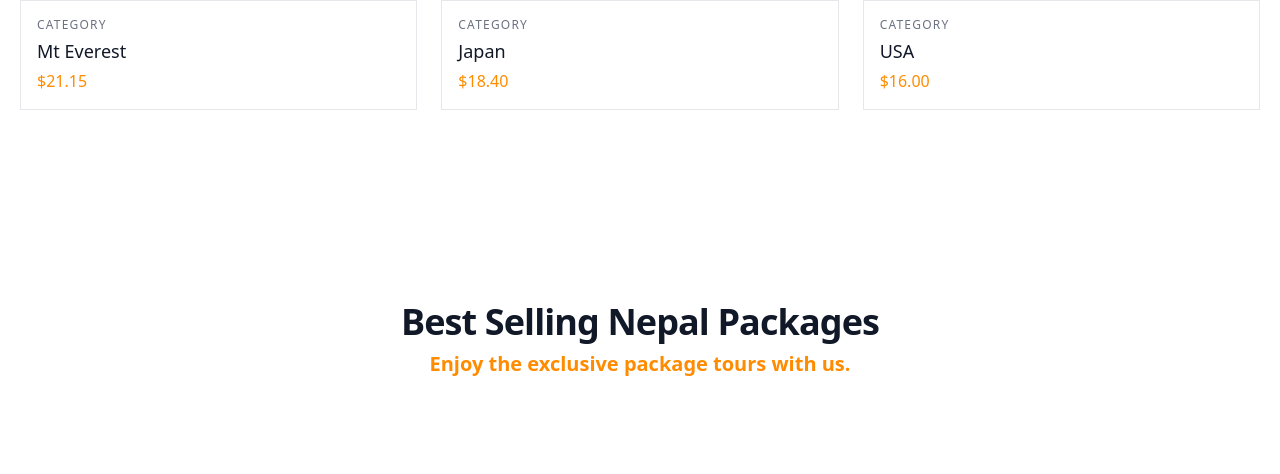
Repository: prabeshsitaula07/greatnepalholidays
Page: / (app in frontend/)
The author's editor kept a copy of each file at every save. The page is drawn from the files as they stood at one save, then again after the next save.
The browser window is 1280 px wide. The pictures show the part of the page from y = 1898 to 2372 px (the page is 7409 px tall).
Pictures or frames that could not be fetched are drawn as grey boxes. Some web fonts or font styles are not loaded; a fallback is used. The project was rebuilt for these pictures with package versions that can differ from the ones it lists, and the page was loaded fresh each time. Also part of the build but not shown: frontend/vite.config.ts. Imported but missing from the stored project, and not drawn on this page: frontend/src/assets/bgvideo.mp4.

Above is the page before, as saved 2024-11-23 11:15:29.

### frontend/index.html
<!doctype html>
<html lang="en">
  <head>
    <meta charset="UTF-8" />
    <link rel="icon" type="image/svg+xml" href="/icon.png" />
    <meta name="viewport" content="width=device-width, initial-scale=1.0" />
    <title>Vite + React + TS</title>
  </head>
  <body>
    <div id="root"></div>
    <script type="module" src="/src/main.tsx"></script>
  </body>
</html>

### frontend/src/index.css
@import url('https://fonts.googleapis.com/css2?family=Arima:wght@100..700&family=Parkinsans:wght@300..800&display=swap');

@tailwind base;
@tailwind components;
@tailwind utilities;

### frontend/src/App.tsx
import { BrowserRouter as Router, Routes, Route } from 'react-router-dom';
import Navbar from "./components/Navbar/Navbar";
import Home from "./components/Home/Home";
// import About from "./components/About/About"; // Example of another page
import Footer from "./components/Footer/Footer"; // Assuming you have a Footer component

export default function App() {
  return (
    <Router>
      <Navbar />  {/* Navbar is always visible */}
      <Routes>
        <Route path="/" element={<Home />} />
      </Routes>
      <Footer />
    </Router>
  );
}

### frontend/src/components/Navbar/Navbar.tsx
import { Link } from 'react-router-dom';
import { useState, useEffect } from 'react';
import { FaPhone, FaEnvelope } from 'react-icons/fa';
import logo1 from '../../assets/logo1.png';
import logo2 from '../../assets/logo2.png';

export default function Navbar() {
    const [isScrolled, setIsScrolled] = useState(false);

    // Detect scroll and update navbar background and position
    useEffect(() => {
        const handleScroll = () => {
            if (window.scrollY > 50) {
                setIsScrolled(true);  // Fix the navbar to the top when scrolled past 50px
            } else {
                setIsScrolled(false); // Keep the navbar in normal flow when at the top
            }
        };

        window.addEventListener('scroll', handleScroll);

        // Clean up the event listener on component unmount
        return () => {
            window.removeEventListener('scroll', handleScroll);
        };
    }, []);

    return (
        <>
            <div className='w-full bg-darktheme flex gap-10 px-10 py-2'>
                <span className='text-white flex items-center'>
                    <FaPhone className="mr-2" /> 0988848484
                </span>
                <span className='text-white flex items-center'>
                    <FaEnvelope className="mr-2" /> xyz@gmail.com
                </span>
            </div>

            <header
                className={`text-black body-font w-full z-20 transition-all duration-300 ${isScrolled ? 'fixed top-0 bg-white shadow-md' : 'bg-[#2f3c5ae8] text-white'}`}
            >

                <div className="container mx-auto flex flex-wrap p-5 flex-col md:flex-row items-center">
                    <div className="flex title-font font-medium items-center mb-4 md:mb-0 gap-10">
                        <Link to='/'>
                            <img src={logo1} alt="" className='h-14 w-auto' />
                        </Link>
                        <Link to='/'>
                            <img src={logo2} alt="" className='h-14 w-auto' />
                        </Link>
                    </div>
                    <nav className="md:ml-auto flex flex-wrap items-center justify-center text-lg">
                        <Link to='' className="mr-5 hover:text-orange">Home</Link>
                        <Link to='' className="mr-5 hover:text-orange">About Us</Link>
                        <Link to='' className="mr-5 hover:text-orange">Services</Link>
                        <Link to='' className="mr-5 hover:text-orange">Packages</Link>
                        <Link to='' className="mr-5 hover:text-orange">Activities</Link>
                        <Link to='' className="mr-5 hover:text-orange">Blogs</Link>
                    </nav>
                    <button className="inline-flex items-center text-primary bg-darkorange border border-darkorange py-1 px-3 focus:outline-none hover:bg-primary text-lg hover:text-darkorange rounded mt-4 md:mt-0">
                        Download Visa CheckList
                    </button>
                </div>
            </header>
        </>
    );
}

### frontend/src/components/Home/Home.tsx
import bgvideo from '../../assets/bgvideo.mp4';
import Contact from "../Contact/Contact";
import Gallery from "../AboutUs/Gallery";
import InternationalPackage from "../Package/InternationalPackage";
import NepalPackage from "../Package/NepalPackage";
import TripHandling from '../Services/TripHandling';
import Team from "../Team/Team";
import Testimonial from "../Testimonial/Testimonial";

export default function Home() {
  return (
    <>
      <div className="relative w-full h-screen">
      {/* Video Background */}
      <video
        autoPlay
        loop
        muted
        className="absolute inset-0 w-full h-full object-cover"
      >
        <source
          src={bgvideo}
          type="video/mp4"
        />
        Your browser does not support the video tag.
      </video>

      {/* Dark Overlay */}
      <div
        className="absolute inset-0 bg-black opacity-50"
        style={{ backgroundColor: 'rgba(0, 0, 0, 0.5)' }} // Adjust opacity for darkness
      ></div>

      {/* Content over the video */}
      <div className="relative z-10 flex items-center justify-center w-full h-full">
        <h1 className="text-white text-6xl font-bold">Welcome to My Website</h1>
      </div>
    </div>
      <NepalPackage />
      <InternationalPackage />
      <TripHandling />
      <Testimonial />
      <Contact />
      <Team />
      <Gallery />

    </>
  )
}

### frontend/src/components/Contact/Contact.tsx
export default function Contact() {
    return (
        <>
            <section className="text-gray-600 body-font relative">
            <h2 className="mt-10 text-4xl tracking-tight font-extrabold text-gray-900 dark:text-black text-center">Contact Us</h2>
                <div className="container px-5 py-10 mx-auto flex sm:flex-nowrap flex-wrap">
                    <div className="lg:w-2/3 md:w-1/2 bg-gray-300 rounded-lg overflow-hidden sm:mr-10 p-10 flex items-end justify-start relative">
                        <iframe
                            width="100%"
                            height="100%"
                            className="absolute inset-0"
                            title="map"
                            src="https://www.google.com/maps/embed?pb=!1m18!1m12!1m3!1d3531.628177055184!2d85.32309027492384!3d27.72876432454742!2m3!1f0!2f0!3f0!3m2!1i1024!2i768!4f13.1!3m3!1m2!1s0x39eb193e98fea663%3A0x6a69a4b662ec372!2sGREAT%20NEPAL%20HOLIDAYS%20P.LTD!5e0!3m2!1sen!2snp!4v1732272072112!5m2!1sen!2snp"
                            style={{ filter: 'grayscale(1) contrast(1.2) opacity(0.4)' }}
                        ></iframe>
                        <div className="bg-white relative flex flex-wrap py-6 rounded shadow-md">
                            <div className="lg:w-1/2 px-6">
                                <h2 className="title-font font-semibold text-gray-900 tracking-widest text-xs">ADDRESS</h2>
                                <p className="mt-1">Photo booth tattooed prism, portland taiyaki hoodie neutra typewriter</p>
                            </div>
                            <div className="lg:w-1/2 px-6 mt-4 lg:mt-0">
                                <h2 className="title-font font-semibold text-gray-900 tracking-widest text-xs">EMAIL</h2>
                                <a className="text-indigo-500 leading-relaxed">example@email.com</a>
                                <h2 className="title-font font-semibold text-gray-900 tracking-widest text-xs mt-4">PHONE</h2>
                                <p className="leading-relaxed">123-456-7890</p>
                            </div>
                        </div>
                    </div>
                    <div className="lg:w-1/3 md:w-1/2 bg-white flex flex-col md:ml-auto w-full md:py-8 mt-8 md:mt-0">
                        <h2 className="text-gray-900 text-lg mb-1 font-medium title-font">Feedback</h2>
                        <p className="leading-relaxed mb-5 text-gray-600">Post-ironic portland shabby chic echo park, banjo fashion axe</p>
                        <div className="relative mb-4">
                            <label htmlFor="name" className="leading-7 text-sm text-gray-600">Name</label>
                            <input type="text" id="name" name="name" className="w-full bg-white rounded border border-gray-300 focus:border-darkorange focus:ring-2 focus:ring-darkorange text-base outline-none text-gray-700 py-1 px-3 leading-8 transition-colors duration-200 ease-in-out" />
                        </div>
                        <div className="relative mb-4">
                            <label htmlFor="email" className="leading-7 text-sm text-gray-600">Email</label>
                            <input type="email" id="email" name="email" className="w-full bg-white rounded border border-gray-300 focus:border-darkorange focus:ring-2 focus:ring-darkorange text-base outline-none text-gray-700 py-1 px-3 leading-8 transition-colors duration-200 ease-in-out" />
                        </div>
                        <div className="relative mb-4">
                            <label htmlFor="message" className="leading-7 text-sm text-gray-600">Message</label>
                            <textarea id="message" name="message" className="w-full bg-white rounded border border-gray-300 focus:border-darkorange focus:ring-2 focus:ring-darkorange h-32 text-base outline-none text-gray-700 py-1 px-3 resize-none leading-6 transition-colors duration-200 ease-in-out"></textarea>
                        </div>
                        <button className="bg-darkorange border border-darkorange text-primary py-2 px-6 focus:outline-none hover:text-darkorange hover:bg-primary rounded text-lg">Send</button>
                        <p className="text-xs text-gray-500 mt-3">Chicharrones blog helvetica normcore iceland tousled brook viral artisan.</p>
                    </div>
                </div>
            </section>
        </>
    )
}

### frontend/src/components/AboutUs/Gallery.tsx
export default function Gallery() {
  return (
 <>
 <section className="text-gray-600 body-font">
 <h2 className="mt-10 text-4xl tracking-tight font-extrabold text-gray-900 dark:text-black text-center">Gallery</h2>
  <div className="container px-5 py-24 mx-auto flex flex-wrap">
    <div className="flex w-full mb-20 flex-wrap">
      <h1 className="sm:text-3xl text-2xl font-medium title-font text-gray-900 lg:w-1/3 lg:mb-0 mb-4">Master Cleanse Reliac Heirloom</h1>
      <p className="lg:pl-6 lg:w-2/3 mx-auto leading-relaxed text-base">Whatever cardigan tote bag tumblr hexagon brooklyn asymmetrical gentrify, subway tile poke farm-to-table. Franzen you probably haven't heard of them man bun deep jianbing selfies heirloom.</p>
    </div>
    <div className="flex flex-wrap md:-m-2 -m-1">
      <div className="flex flex-wrap w-1/2">
        <div className="md:p-2 p-1 w-1/2">
          <img alt="gallery" className="w-full object-cover h-full object-center block" src="https://dummyimage.com/500x300" />
        </div>
        <div className="md:p-2 p-1 w-1/2">
          <img alt="gallery" className="w-full object-cover h-full object-center block" src="https://dummyimage.com/501x301" />
        </div>
        <div className="md:p-2 p-1 w-full">
          <img alt="gallery" className="w-full h-full object-cover object-center block" src="https://dummyimage.com/600x360" />
        </div>
      </div>
      <div className="flex flex-wrap w-1/2">
        <div className="md:p-2 p-1 w-full">
          <img alt="gallery" className="w-full h-full object-cover object-center block" src="https://dummyimage.com/601x361" />
        </div>
        <div className="md:p-2 p-1 w-1/2">
          <img alt="gallery" className="w-full object-cover h-full object-center block" src="https://dummyimage.com/502x302" />
        </div>
        <div className="md:p-2 p-1 w-1/2">
          <img alt="gallery" className="w-full object-cover h-full object-center block" src="https://dummyimage.com/503x303" />
        </div>
      </div>
    </div>
  </div>
</section>
 </>
  )
}

### frontend/src/components/Package/InternationalPackage.tsx
export default function InternationalPackage() {
  const packages = [
    { imgSrc: "https://cdn.pixabay.com/photo/2015/10/06/18/26/eiffel-tower-975004_1280.jpg", category: "CATEGORY", title: "Paris", price: "$16.00" },
    { imgSrc: "https://cdn.pixabay.com/photo/2019/04/09/05/36/england-4113666_1280.jpg", category: "CATEGORY", title: "England", price: "$21.15" },
    { imgSrc: "https://cdn.pixabay.com/photo/2023/11/16/05/02/mountains-8391433_640.jpg", category: "CATEGORY", title: "Switzerland", price: "$12.00" },
    { imgSrc: "https://cdn.pixabay.com/photo/2020/06/13/17/58/mount-everest-5295184_640.jpg", category: "CATEGORY", title: "Mt Everest", price: "$21.15" },
    { imgSrc: "https://cdn.pixabay.com/photo/2020/08/10/01/28/castle-5476737_640.jpg", category: "CATEGORY", title: "Japan", price: "$18.40" },
    { imgSrc: "https://cdn.pixabay.com/photo/2023/10/18/00/59/mountain-8322610_640.jpg", category: "CATEGORY", title: "USA", price: "$16.00" },
  ];

  return (
    <section className="text-gray-600 body-font">
      <h2 className="mt-24 text-4xl tracking-tight font-extrabold text-gray-900 dark:text-black text-center">
        Best Selling Nepal Packages
      </h2>
      <h4 className="text-center text-xl text-darkorange font-semibold mt-2">
        Enjoy the exclusive package tours with us.
      </h4>
      <div className="container px-5 py-24 mx-auto">
        <div className="grid gap-6 sm:grid-cols-1 md:grid-cols-2 lg:grid-cols-3">
          {packages.map((pkg, index) => (
            <div
              key={index}
              className="hover:cursor-pointer transform transition duration-300 ease-in-out hover:scale-105 hover:shadow-lg"
            >
              <a className="block relative h-80 overflow-hidden">
                <img
                  alt={pkg.title}
                  className="object-cover object-center w-full h-full block"
                  src={pkg.imgSrc}
                />
              </a>
              <div className="p-4 border">
                <h3 className="text-gray-500 text-xs tracking-widest title-font mb-1">
                  {pkg.category}
                </h3>
                <h2 className="text-gray-900 title-font text-lg font-medium">
                  {pkg.title}
                </h2>
                <p className="mt-1 text-darkorange">{pkg.price}</p>
              </div>
            </div>
          ))}
        </div>
      </div>
    </section>
  );
}

### frontend/src/components/Package/NepalPackage.tsx
export default function NepalPackage() {
  const packages = [
    { imgSrc: "https://cdn.pixabay.com/photo/2015/10/06/18/26/eiffel-tower-975004_1280.jpg", category: "CATEGORY", title: "Paris", price: "$16.00" },
    { imgSrc: "https://cdn.pixabay.com/photo/2019/04/09/05/36/england-4113666_1280.jpg", category: "CATEGORY", title: "England", price: "$21.15" },
    { imgSrc: "https://cdn.pixabay.com/photo/2023/11/16/05/02/mountains-8391433_640.jpg", category: "CATEGORY", title: "Switzerland", price: "$12.00" },
    { imgSrc: "https://cdn.pixabay.com/photo/2020/06/13/17/58/mount-everest-5295184_640.jpg", category: "CATEGORY", title: "Mt Everest", price: "$21.15" },
    { imgSrc: "https://cdn.pixabay.com/photo/2020/08/10/01/28/castle-5476737_640.jpg", category: "CATEGORY", title: "Japan", price: "$18.40" },
    { imgSrc: "https://cdn.pixabay.com/photo/2023/10/18/00/59/mountain-8322610_640.jpg", category: "CATEGORY", title: "USA", price: "$16.00" },
  ];

  return (
    <section className="text-gray-600 body-font">
      <h2 className="mt-24 text-4xl tracking-tight font-extrabold text-gray-900 dark:text-black text-center">
        Best Selling Nepal Packages
      </h2>
      <h4 className="text-center text-xl text-darkorange font-semibold mt-2">
        Enjoy the exclusive package tours with us.
      </h4>
      <div className="container px-5 py-24 mx-auto">
        <div className="grid gap-6 sm:grid-cols-1 md:grid-cols-2 lg:grid-cols-3">
          {packages.map((pkg, index) => (
            <div
              key={index}
              className="hover:cursor-pointer transform transition duration-300 ease-in-out hover:scale-105 hover:shadow-lg"
            >
              <a className="block relative h-80 overflow-hidden">
                <img
                  alt={pkg.title}
                  className="object-cover object-center w-full h-full block"
                  src={pkg.imgSrc}
                />
              </a>
              <div className="p-4 border">
                <h3 className="text-gray-500 text-xs tracking-widest title-font mb-1">
                  {pkg.category}
                </h3>
                <h2 className="text-gray-900 title-font text-lg font-medium">
                  {pkg.title}
                </h2>
                <p className="mt-1 text-darkorange">{pkg.price}</p>
              </div>
            </div>
          ))}
        </div>
      </div>
    </section>
  );
}

### frontend/src/components/Services/TripHandling.tsx
import img2 from '../../assets/2.png';
import img3 from '../../assets/3.png';
import img4 from '../../assets/4.png';

export default function TripHandling() {
    const services = [
      { title: "Flight Booking", imgSrc: img2, description: "Share your service offerings here. Give your prospective clients an overview of why they should use it." },
      { title: "Hotel Booking", imgSrc: img2, description: "Share your service offerings here. Give your prospective clients an overview of why they should use it." },
      { title: "Car Rental", imgSrc: img3, description: "Share your service offerings here. Give your prospective clients an overview of why they should use it." },
      { title: "Tour Packages", imgSrc: img4, description: "Share your service offerings here. Give your prospective clients an overview of why they should use it." },
    ];

    return (
      <div className="bg-navbarbg h-fit flex justify-center flex-col items-center p-10">
          <h2 className="mb-10 text-4xl tracking-tight font-extrabold text-white text-center font-parkinsans">We Will Handle Trip For You</h2>
          <div className="grid grid-cols-2 gap-8">
              {services.map((service, index) => (
                <div key={index} className="flex gap-10 items-center">
                  <img className="h-40 w-40" src={service.imgSrc} alt={service.title} />
                  <div>
                      <h3 className="font-semibold pb-2 text-2xl text-primary">{service.title}</h3>
                      <p className="font-parkinsans text-white">{service.description}</p>
                  </div>
                </div>
              ))}
          </div>
      </div>
    );
  }

### frontend/src/components/Testimonial/Testimonial.tsx
export default function Testimonial() {
    const testimonials = [
      {
        name: "Bonnie Green",
        title: "Developer at Open AI",
        image: "https://flowbite.s3.amazonaws.com/blocks/marketing-ui/avatars/karen-nelson.png",
        quote: `"I recently got my hands on Flowbite Pro, and holy crap, I'm speechless with how easy this was to integrate within my application..."`,
      },
      {
        name: "Roberta Casas",
        title: "Lead designer at Dropbox",
        image: "https://flowbite.s3.amazonaws.com/blocks/marketing-ui/avatars/roberta-casas.png",
        quote: `"FlowBite provides a robust set of design tokens and components based on the popular Tailwind CSS framework..."`,
      },
      {
        name: "Jese Leos",
        title: "Software Engineer at Facebook",
        image: "https://flowbite.s3.amazonaws.com/blocks/marketing-ui/avatars/jese-leos.png",
        quote: `"As someone who mainly designs in the browser, I've been a casual user of Figma, but as soon as I saw and started playing with FlowBite..."`,
      },
      {
        name: "Joseph McFall",
        title: "CTO at Google",
        image: "https://flowbite.s3.amazonaws.com/blocks/marketing-ui/avatars/joseph-mcfall.png",
        quote: `"This is a very complex and beautiful set of elements. Under the hood it comes with the best things from 2 different worlds: Figma and Tailwind..."`,
      },
    ];

    return (
      <section className="bg-white py-8 px-4 m-auto max-w-screen-xl text-center">
        <h2 className="mb-4 text-4xl font-extrabold text-primary dark:text-black">Testimonials</h2>
        <p className="mb-8 text-gray-500 dark:text-gray-400">Explore the whole collection of open-source web components...</p>
        <div className="grid gap-8 lg:grid-cols-2">
          {testimonials.map(({ name, title, image, quote }, index) => (
            <div
              key={index}
              className="flex flex-col justify-between items-center p-6 border rounded-lg bg-gray-50 shadow-md dark:bg-navbarbg dark:border-gray-700 dark:shadow-lg"
            >
              <blockquote className="mb-4 text-gray-500 dark:text-gray-400">
                <h3 className="text-lg font-semibold dark:text-primary">{quote.split(" ")[0]}</h3>
                <p className="my-4 text-justify leading-relaxed text-white">{quote}</p>
              </blockquote>
              <figcaption className="flex justify-center items-center space-x-3">
                <img className="w-9 h-9 rounded-full" src={image} alt={`${name} profile`} />
                <div className="text-left text-sm font-light dark:text-white">
                  <div>{name}</div>
                  <div className="text-sm text-gray-500 dark:text-gray-400">{title}</div>
                </div>
              </figcaption>
            </div>
          ))}
        </div>
      </section>
    );
  }

Loaded but not shown: frontend/src/main.tsx (common file); frontend/tailwind.config.js (21 lines, source omitted); frontend/src/components/Footer/Footer.tsx (125 lines, source omitted); frontend/src/components/Team/Team.tsx (102 lines, source omitted)

After the next save:
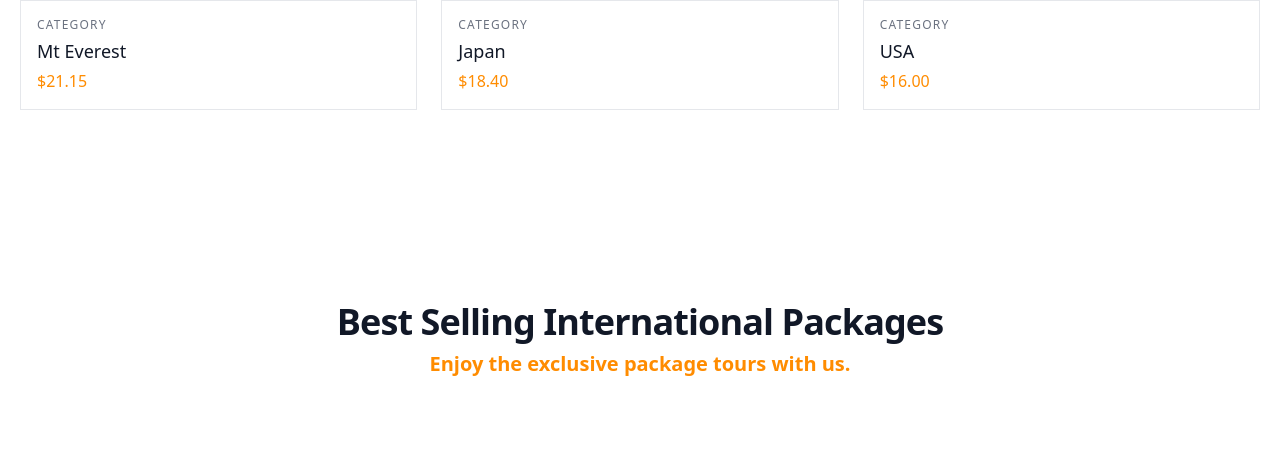
Saved 8 s later.
--- a/frontend/src/components/Package/InternationalPackage.tsx
+++ b/frontend/src/components/Package/InternationalPackage.tsx
@@ -11,7 +11,7 @@ export default function InternationalPackage() {
   return (
     <section className="text-gray-600 body-font">
       <h2 className="mt-24 text-4xl tracking-tight font-extrabold text-gray-900 dark:text-black text-center">
-        Best Selling Nepal Packages
+        Best Selling International Packages
       </h2>
       <h4 className="text-center text-xl text-darkorange font-semibold mt-2">
         Enjoy the exclusive package tours with us.
